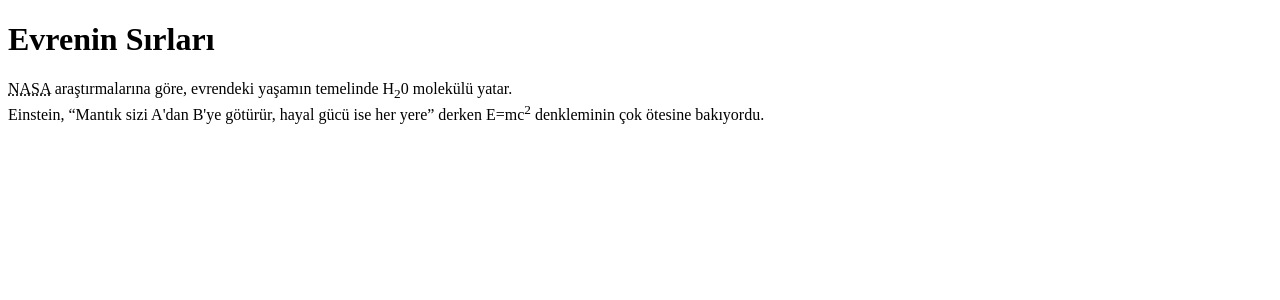
Repository: BeritanBlgn/web-yazilim-muhendisligi
Page: Modul_1/Ders_3/1.3.6_gorev1.html
These files come from the project's save history. The page is drawn as it stood at one moment and after a run of saves; the edit follows.
The browser window is 1280 px wide. The pictures show the whole page.

Above is the page before, as saved 2026-10-09 22:25:02.

After the next 3 saves:
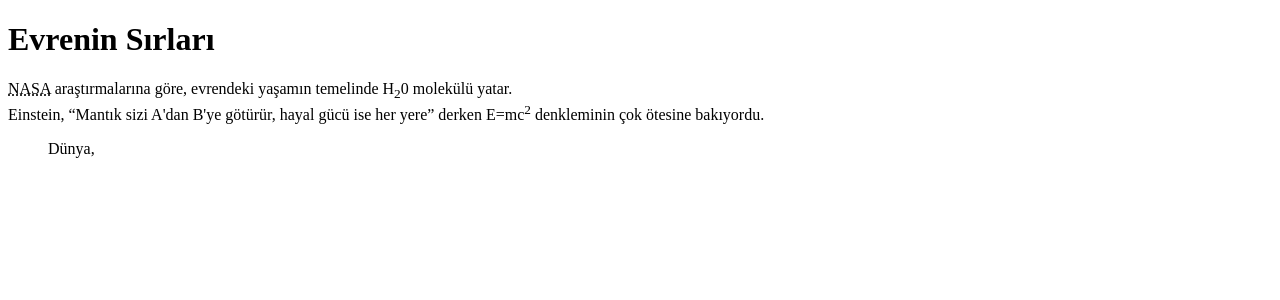
The 3 saves are shown as one change because they came seconds apart.
The last was saved 10 s later.
--- a/Modul_1/Ders_3/1.3.6_gorev1.html
+++ b/Modul_1/Ders_3/1.3.6_gorev1.html
@@ -17,7 +17,7 @@
 
     </p>
     <blockquote cite="https://tr.wikipedia.org/wiki/Carl_Sagan">
-        <Data></Data>
+        Dünya,
     </blockquote>
 
 </body>
